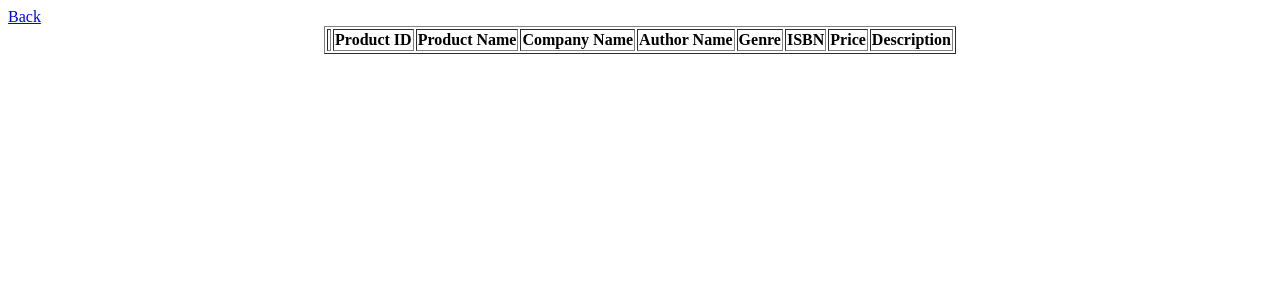
Repository: harshalsakpal/Catalog
Page: http://localhost/Catalog/pages/listFridge.jsp
An editor plug-in stored every save of this project. The page is shown before and after the next save, followed by the edit.
The browser window is 1280 px wide. The pictures show the whole page.
The page is served by Tomcat 9.

Above is the page before, as saved 2014-05-21 08:23:01.

After the next save:
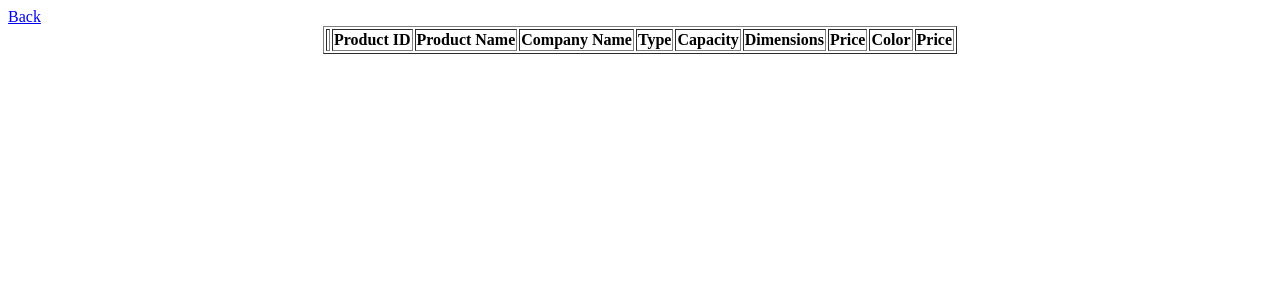
Saved 71 s later.
--- a/Catalog/WebContent/pages/listFridge.jsp
+++ b/Catalog/WebContent/pages/listFridge.jsp
@@ -18,11 +18,12 @@
 			<td align="center"><b>Product ID </b></td>
 			<td align="center"><b>Product Name</b></td>
 			<td align="center"><b>Company Name</b></td>
-			<td align="center"><b>Author Name</b></td>
-			<td align="center"><b>Genre</b></td>
-			<td align="center"><b>ISBN</b></td>
+			<td align="center"><b>Type</b></td>
+			<td align="center"><b>Capacity</b></td>
+			<td align="center"><b>Dimensions</b></td>
 			<td align="center"><b>Price</b></td>
-			<td align="center"><b>Description</b></td>
+			<td align="center"><b>Color</b></td>
+			<td align="center"><b>Price</b></td>
 		</tr>
 		<%
 			if (session.getAttribute("fridgeBean") != null) {
